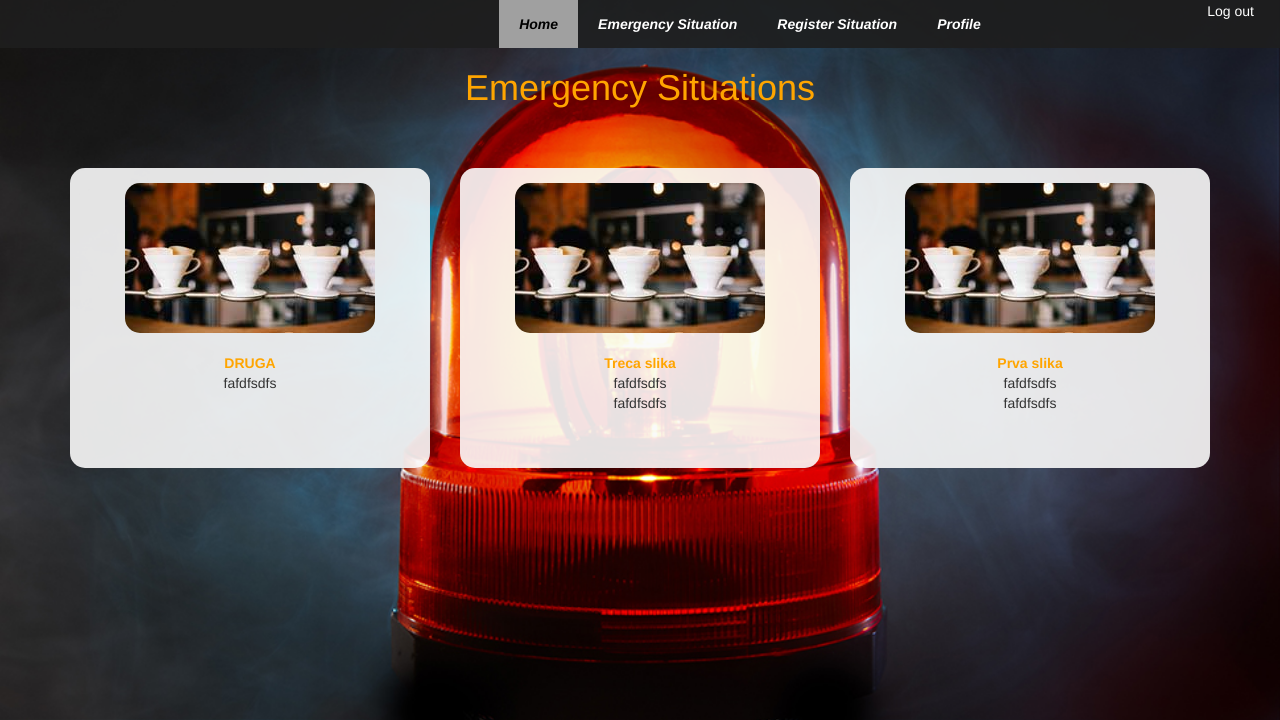
Repository: majamiljic/WebProgramming
Page: emergencySituations/WebContent/situations.html
The author's editor kept a copy of each file at every save. The page is drawn from the files as they stood at one save, then again after a run of saves.
The browser window is 1280 px wide. The pictures show the whole page.

Above is the page before, as saved 2018-01-26 15:24:02.

After the next 2 saves:
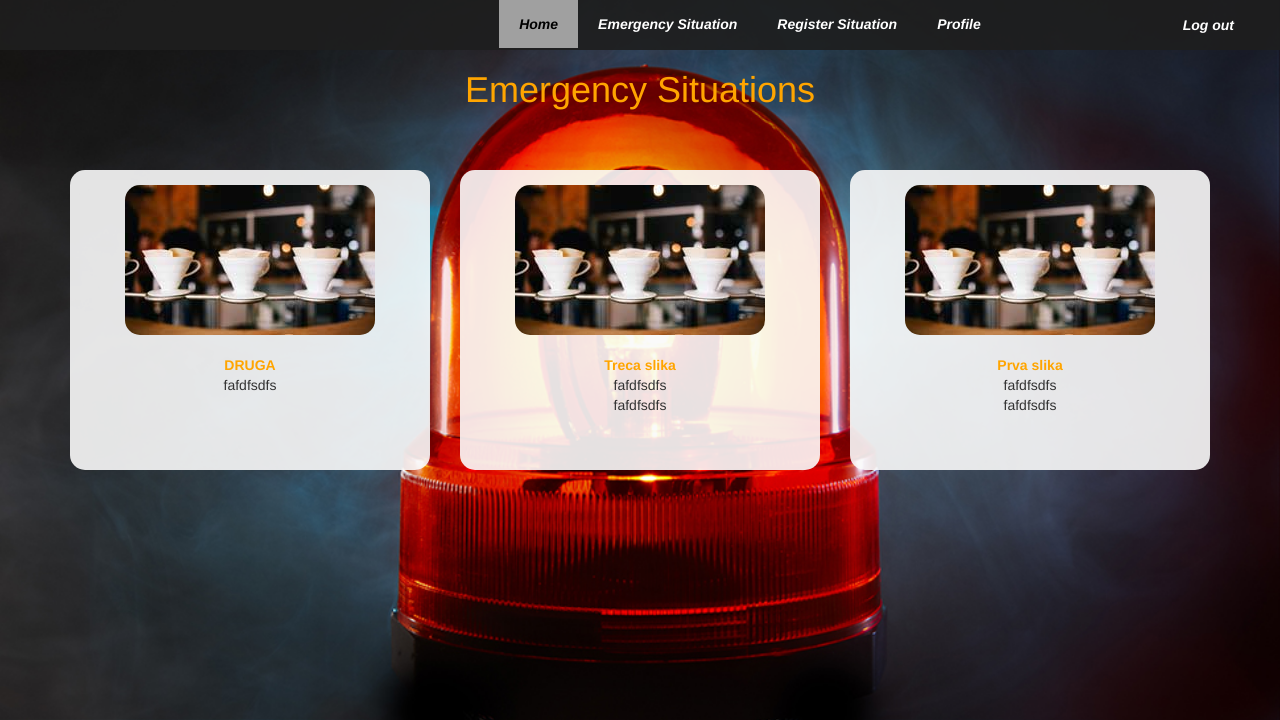
The 2 saves are shown as one change because they came seconds apart.
The last was saved 14 s later.
--- a/emergencySituations/WebContent/situations.html
+++ b/emergencySituations/WebContent/situations.html
@@ -14,7 +14,9 @@
             <li><a href="registerSituation.html">Register Situation</a></li>
             <li><a href="profile.html">Profile</a></li>
             <li style="float: right; margin-right: 20px;">
-					<button type="submit" style="background: none; border:none; font-size:1em; color:white;" onclick="logout()">Log out</button>
+				<a>
+					<button type="submit" style="background: none; border:none" onclick="logout()">Log out</button>
+				</a>
 			</li>
         </ul>
 
